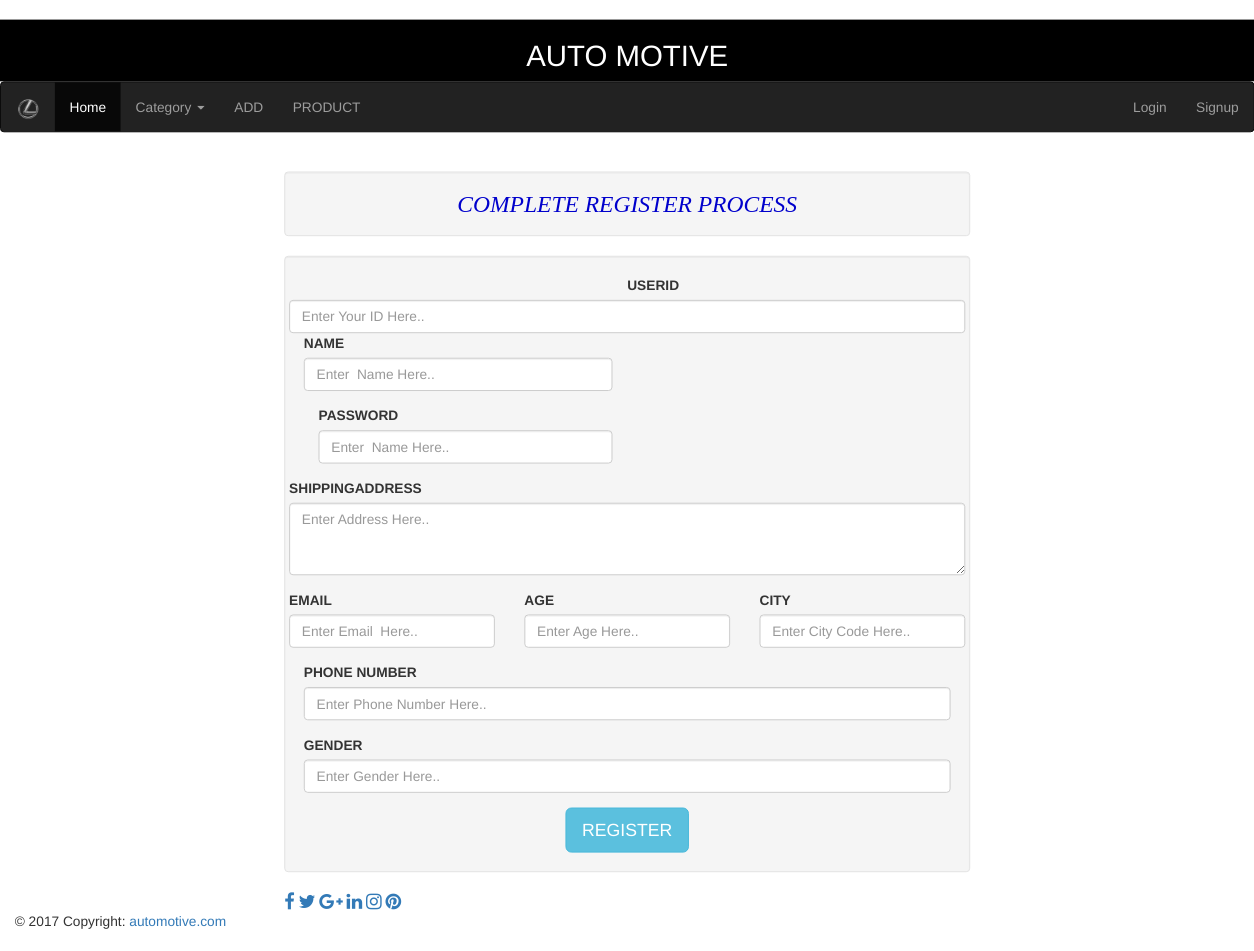
Repository: kavintech/DTProject
Page: http://localhost/Ecommerce_frontend/WEB-INF/views/registerpage.jsp
These files come from the project's save history. The page is drawn as it stood at one moment and after the next save; the edit follows.
The browser window is 1280 px wide. The pictures show the whole page, at 98% of full size.
Some web libraries are served in a nearby version. The page is served by Tomcat 9. Nobody is signed in. The template is opened directly, without the code that normally fills it, so the values that code supplies are empty.

Above is the page before, as saved 2017-11-27 07:11:55.

After the next save:
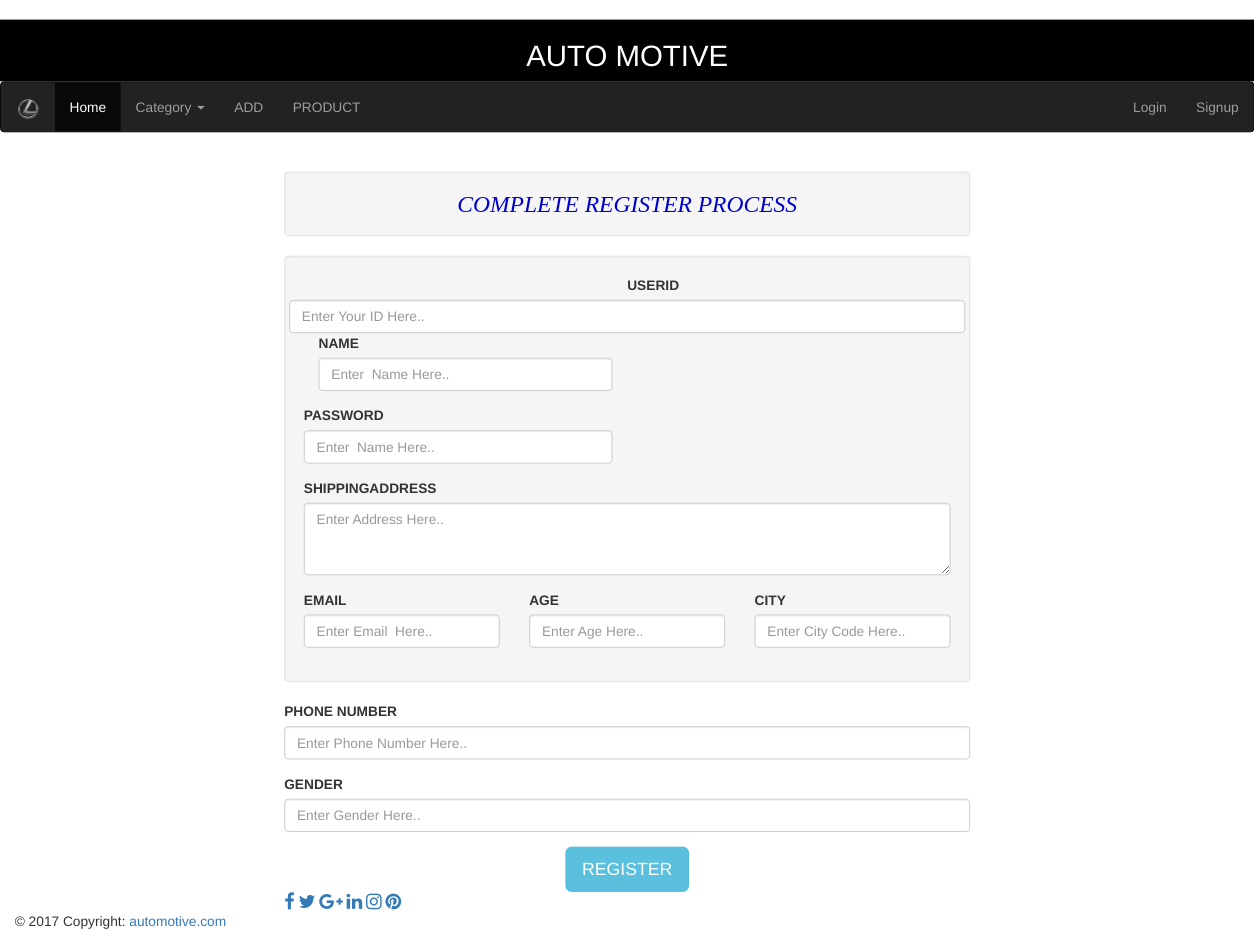
Saved 18 s later.
--- a/Ecommerce_frontend/src/main/webapp/WEB-INF/views/registerpage.jsp
+++ b/Ecommerce_frontend/src/main/webapp/WEB-INF/views/registerpage.jsp
@@ -29,7 +29,7 @@
 					<div class="col-sm-12">
 						<div class="row">
 							<div class="col-sm-6 form-group"></div>
-							<div>
+
 								<label>USERID</label>
 								<input type="text" placeholder="Enter Your ID Here.." class="form-control" pattern="[0-9]+" required name="userid">
 							</div>
